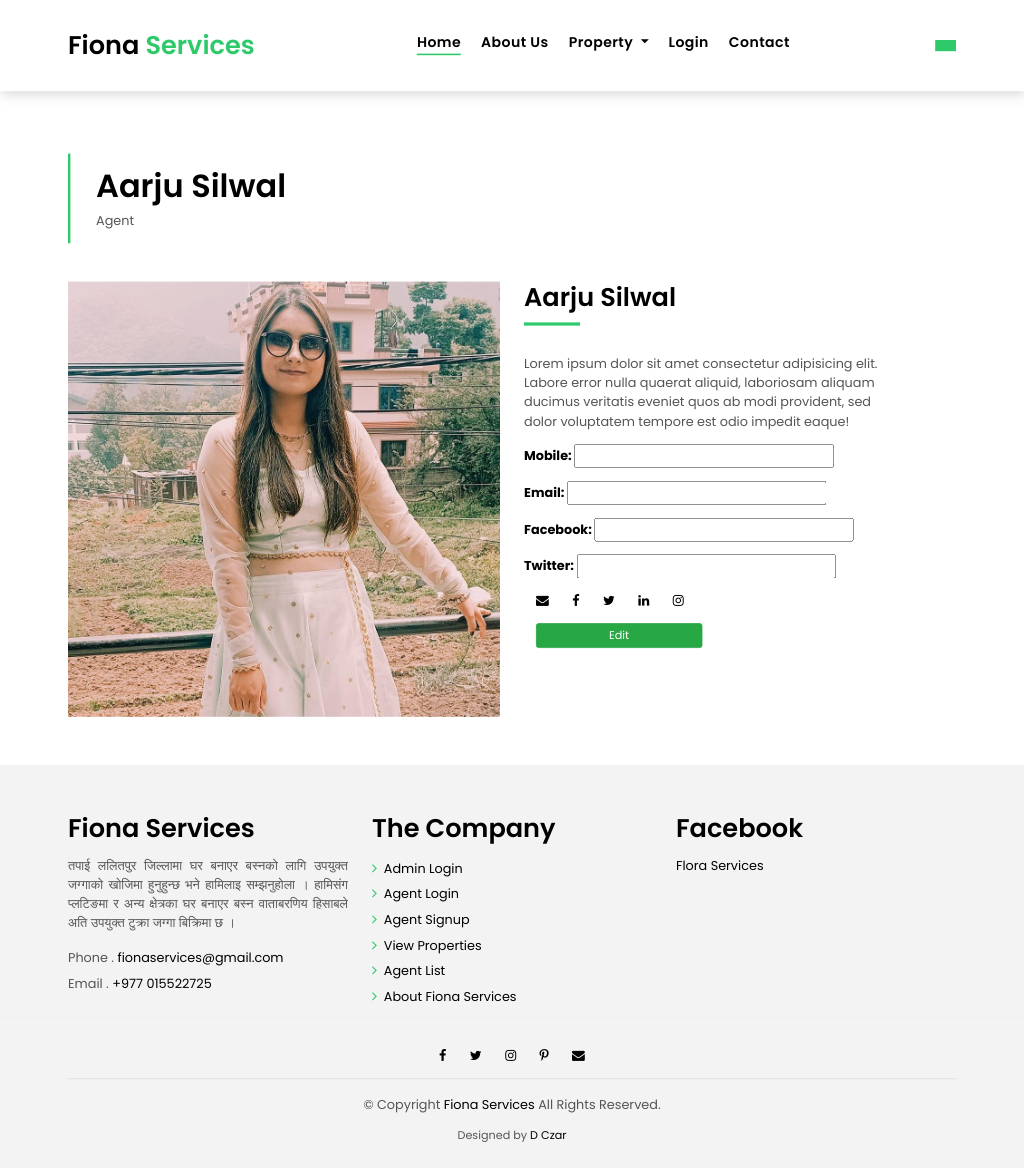
Repository: Sjuicyy/realstate
Page: profile.html
These files come from the project's save history. The page is drawn as it stood at one moment and after the next save; the edit follows.
The browser window is 1280 px wide. The pictures show the whole page, at 80% of full size.

Above is the page before, as saved 2022-10-16 14:54:49.

### profile.html
<!DOCTYPE html>
<html lang="en">

<head>
    <meta charset="utf-8">
    <title>Fiona Services</title>
    <meta content="width=device-width, initial-scale=1.0" name="viewport">
    <meta content="" name="keywords">
    <meta content="" name="description">

    <!-- Favicons -->
    <link href="img/favicon.png" rel="icon">
    <link href="img/apple-touch-icon.png" rel="apple-touch-icon">

    <!-- Google Fonts -->
    <link href="https://fonts.googleapis.com/css?family=Poppins:300,400,500,600,700" rel="stylesheet">

    <!-- Bootstrap CSS File -->
    <link href="lib/bootstrap/css/bootstrap.min.css" rel="stylesheet">

    <!-- Libraries CSS Files -->
    <link href="lib/font-awesome/css/font-awesome.min.css" rel="stylesheet">
    <link href="lib/animate/animate.min.css" rel="stylesheet">
    <link href="lib/ionicons/css/ionicons.min.css" rel="stylesheet">
    <link href="lib/owlcarousel/assets/owl.carousel.min.css" rel="stylesheet">

    <!-- Main Stylesheet File -->
    <link href="css/style.css" rel="stylesheet">

    <!-- =======================================================
    Theme Name: EstateAgency
    Theme URL: https://bootstrapmade.com/real-estate-agency-bootstrap-template/
    Author: BootstrapMade.com
    License: https://bootstrapmade.com/license/
  ======================================================= -->
</head>
<div id="fb-root"></div>
<script async defer crossorigin="anonymous" src="https://connect.facebook.net/en_US/sdk.js#xfbml=1&version=v14.0"
    nonce="0jwGYLXn"></script>

<body>
    <!-- / Form Search End /-->

    <!--/ Nav Star /-->
    <nav class="navbar navbar-default navbar-trans navbar-expand-lg fixed-top">
        <div class="container">
            <button class="navbar-toggler collapsed" type="button" data-toggle="collapse" data-target="#navbarDefault"
                aria-controls="navbarDefault" aria-expanded="false" aria-label="Toggle navigation">
            </button>
            <a class="navbar-brand text-brand" href="/index.php">Fiona<span class="color-b"> Services</span></a>
            <button type="button" class="btn btn-link nav-search navbar-toggle-box-collapse d-md-none"
                data-toggle="collapse" data-target="#navbarTogglerDemo01" aria-expanded="false" title="Agent Space">

            </button>
            <div class="navbar-collapse collapse justify-content-center" id="navbarDefault">
                <ul class="navbar-nav">
                    <li class="nav-item">
                        <a class="nav-link active" href="index.php">Home</a>
                    </li>
                    <li class="nav-item">
                        <a class="nav-link" href="about.php">About Us</a>
                    </li>
                    <li class="nav-item dropdown">
                        <a class="nav-link dropdown-toggle" href="#" id="navbarDropdown" role="button"
                            data-toggle="dropdown" aria-haspopup="true" aria-expanded="false">
                            Property
                        </a>
                        <div class="dropdown-menu" aria-labelledby="navbarDropdown">
                            <a class="dropdown-item" href="property-single.php">Property Single</a>
                            <a class="dropdown-item" href="property-grid.php">Property List</a>
                        </div>
                    </li>
                    <li class="nav-item">
                        <a class="nav-link" href="Login.php">Login</a>
                    </li>
                    <li class="nav-item">
                        <a class="nav-link" href="contact.php">Contact</a>
                    </li>
                </ul>
            </div>
            <button type="button" class="btn btn-b-n navbar-toggle-box-collapse d-none d-md-block"
                data-toggle="collapse" data-target="#navbarTogglerDemo01" aria-expanded="false" title="Agent Space">
            </button>
        </div>
    </nav>
    <!--/ Nav End /-->
    <!-- ======= Intro Single ======= -->
    <section class="intro-single">
        <div class="container">
            <div class="row">
                <div class="col-md-12 col-lg-8">
                    <div class="title-single-box">
                        <h1 class="title-single">Aarju Silwal</h1>
                        <span class="color-text-a">Agent </span>
                    </div>
                </div>

            </div>
        </div>
    </section><!-- End Intro Single -->

    <!-- ======= Agent Single ======= -->
    <!-- <section class="agent-single">
        <div class="container">
            <div class="row">
                <div class="col-sm-12">
                    <div class="row">
                        <div class="col-md-6">
                            <div class="agent-avatar-box">
                                <img src="./img/aarju miss.jpg" alt="" class="agent-avatar img-fluid">
                            </div>
                        </div>
                        <div class="col-md-5 section-md-t3">
                            <div class="agent-info-box">
                                <div class="agent-title">
                                    <div class="title-box-d">
                                        <h3 class="title-d">Aarju Silwal
                                        </h3>
                                    </div>
                                </div>
                                <div class="agent-content mb-3">
                                    <p class="content-d color-text-a">
                                        Lorem ipsum dolor sit amet consectetur adipisicing elit. Labore error
                                        nulla quaerat aliquid, laboriosam aliquam ducimus veritatis eveniet quos
                                        ab modi provident, sed dolor voluptatem tempore est odio impedit eaque!
                                    </p>
                                    <div class="info-agents color-a">
                                        <strong>Mobile: </strong>
                                        <span class="color-text-a"> +977-9867867202 </span>
                                        </p>
                                        <p>
                                            <strong>Email: </strong>
                                            <span class="color-text-a"> aarzusilwal@gmail.com</span>
                                        </p>
                                        <p>
                                            <strong>Facebook: </strong>
                                            <span class="color-text-a"> Margaret.Es</span>
                                        </p>
                                        <p>
                                            <strong>Twitter: </strong>
                                            <span class="color-text-a"> agents@example.com</span>
                                        </p>
                                    </div>
                                </div>
                                <div class="col-md-12">

                                    <div class="socials-a">
                                        <ul class="list-inline">
                                            <li class="list-inline-item">
                                                <a href="#">
                                                    <i class="fa fa-envelope" aria-hidden="true"></i>
                                                </a>
                                            </li>
                                            <li class="list-inline-item">
                                                <a href="#">
                                                    <i class="fa fa-facebook" aria-hidden="true"></i>
                                                </a>
                                            </li>
                                            <li class="list-inline-item">
                                                <a href="#">
                                                    <i class="fa fa-twitter" aria-hidden="true"></i>
                                                </a>
                                            </li>
                                            <li class="list-inline-item">
                                                <a href="#">
                                                    <i class="fa fa-linkedin" aria-hidden="true"></i>
                                                </a>
                                            </li>
                                            <li class="list-inline-item">
                                                <a href="#">
                                                    <i class="fa fa-instagram" aria-hidden="true"></i>
                                                </a>
                                            </li>
                                        </ul>
                                    </div>
                                </div>
                                <div class="col-md-12">
                                    <a href="./Add-Property.html">
                                        <div class="btn btn-sm btn-success w-50">Edit</div>
                                    </a>
                                </div>
                            </div>
                        </div>
                    </div>
                </div>

            </div>

        </div>

    </section> -->

    <!---  ===== End Agent Single ======== -->




    <!-- =======Editable Agent Section start ======== -->
    <section class="agent-single">
        <div class="container">
            <div class="row">
                <div class="col-sm-12">
                    <div class="row">
                        <div class="col-md-6">
                            <div class="agent-avatar-box">
                                <img src="./img/aarju miss.jpg" alt="" class="agent-avatar img-fluid">
                            </div>
                        </div>
                        <div class="col-md-5 section-md-t3">
                            <div class="agent-info-box">
                                <div class="agent-title">
                                    <div class="title-box-d">
                                        <h3 class="title-d">Aarju Silwal
                                        </h3>
                                    </div>
                                </div>
                                <div class="agent-content mb-3">
                                    <p class="content-d color-text-a">
                                        Lorem ipsum dolor sit amet consectetur adipisicing elit. Labore error
                                        nulla quaerat aliquid, laboriosam aliquam ducimus veritatis eveniet quos
                                        ab modi provident, sed dolor voluptatem tempore est odio impedit eaque!
                                    </p>
                                    <div class="info-agents color-a">
                                        <strong>Mobile: </strong>
                                            <input  type="text">
                                        </p>
                                        <p>
                                            <strong>Email: </strong>
                                            <input  type="text">
                                        </p>
                                        <p>
                                            <strong>Facebook: </strong>
                                            <input class=" form form-contro" type="text">                                        </p>
                                        <p>
                                            <strong>Twitter: </strong>
                                            <input class=" form form-contro" type="text">                                        </p>
                                    </div>
                                </div>
                                <div class="col-md-12">

                                    <div class="socials-a">
                                        <ul class="list-inline">
                                            <li class="list-inline-item">
                                                <a href="#">
                                                    <i class="fa fa-envelope" aria-hidden="true"></i>
                                                </a>
                                            </li>
                                            <li class="list-inline-item">
                                                <a href="#">
                                                    <i class="fa fa-facebook" aria-hidden="true"></i>
                                                </a>
                                            </li>
                                            <li class="list-inline-item">
                                                <a href="#">
                                                    <i class="fa fa-twitter" aria-hidden="true"></i>
                                                </a>
                                            </li>
                                            <li class="list-inline-item">
                                                <a href="#">
                                                    <i class="fa fa-linkedin" aria-hidden="true"></i>
                                                </a>
                                            </li>
                                            <li class="list-inline-item">
                                                <a href="#">
                                                    <i class="fa fa-instagram" aria-hidden="true"></i>
                                                </a>
                                            </li>
                                        </ul>
                                    </div>
                                </div>
                                <div class="col-md-12">
                                    <a href="./Add-Property.html">
                                        <div class="btn btn-sm btn-success w-50">Edit</div>
                                    </a>
                                </div>
                            </div>
                        </div>
                    </div>
                </div>

            </div>

        </div>

    </section>
    <!-- =======Editable Agent Section end ======== -->

    <!--/ footer 1 Star /-->
    <section class="section-footer">
        <div class="container">
            <div class="row">
                <div class="col-sm-12 col-md-4">
                    <div class="widget-a">
                        <div class="w-header-a">
                            <h3 class="w-title-a text-brand">Fiona Services</h3>
                        </div>
                        <div class="w-body-a">
                            <p class="w-text-a color-text-a" align="justify">
                                तपाई ललितपुर जिल्लामा घर बनाएर बस्नको लागि उपयुक्त जग्गाको खोजिमा
                                हुनुहुन्छ भने
                                हामिलाइ सम्झनुहोला ।
                                हामिसंग प्लटिङमा र अन्य क्षेत्रका घर बनाएर बस्न वाताबरणिय हिसाबले अति
                                उपयुक्त
                                टुक्रा जग्गा बिक्रिमा छ
                                ।
                            </p>
                        </div>
                        <div class="w-footer-a">
                            <ul class="list-unstyled">
                                <li class="color-a">
                                    <span class="color-text-a">Phone .</span> fionaservices@gmail.com
                                </li>
                                <li class="color-a">
                                    <span class="color-text-a">Email .</span> +977 015522725
                                </li>
                            </ul>
                        </div>
                    </div>
                </div>
                <div class="col-sm-12 col-md-4 section-md-t3">
                    <div class="widget-a">
                        <div class="w-header-a">
                            <h3 class="w-title-a text-brand">The Company</h3>
                        </div>
                        <div class="w-body-a">
                            <div class="w-body-a">
                                <ul class="list-unstyled">
                                    <li class="item-list-a">
                                        <i class="fa fa-angle-right"></i> <a href="#">Admin Login</a>
                                    </li>
                                    <li class="item-list-a">
                                        <i class="fa fa-angle-right"></i> <a href="#">Agent Login</a>
                                    </li>
                                    <li class="item-list-a">
                                        <i class="fa fa-angle-right"></i> <a href="#">Agent Signup</a>
                                    </li>
                                    <li class="item-list-a">
                                        <i class="fa fa-angle-right"></i> <a href="#">View
                                            Properties</a>
                                    </li>
                                    <li class="item-list-a">
                                        <i class="fa fa-angle-right"></i> <a href="#">Agent List</a>
                                    </li>
                                    <li class="item-list-a">
                                        <i class="fa fa-angle-right"></i> <a href="#">About Fiona
                                            Services</a>
                                    </li>
                                </ul>
                            </div>
                        </div>
                    </div>
                </div>
                <div class="col-sm-12 col-md-4 section-md-t3">
                    <div class="widget-a">
                        <div class="w-header-a">
                            <h3 class="w-title-a text-brand">Facebook</h3>
                        </div>
                        <div class="w-body-a">
                            <div class="fb-page" data-href="https://www.facebook.com/floraservices2070"
                                data-tabs="timeline" data-width="" data-height="110" data-small-header="false"
                                data-adapt-container-width="true" data-hide-cover="false" data-show-facepile="false">
                                <blockquote cite="https://www.facebook.com/floraservices2070"
                                    class="fb-xfbml-parse-ignore"><a
                                        href="https://www.facebook.com/floraservices2070">Flora
                                        Services</a>
                                </blockquote>
                            </div>
                        </div>
                    </div>
                </div>
            </div>
        </div>
    </section>

    <!--/ Footer 2 End /-->


    <!-- footer 2 start -->

    <footer>
        <div class="container">
            <div class="row">
                <div class="col-md-12">

                    <div class="socials-a">
                        <ul class="list-inline">
                            <li class="list-inline-item">
                                <a href="#">
                                    <i class="fa fa-facebook" aria-hidden="true"></i>
                                </a>
                            </li>
                            <li class="list-inline-item">
                                <a href="#">
                                    <i class="fa fa-twitter" aria-hidden="true"></i>
                                </a>
                            </li>
                            <li class="list-inline-item">
                                <a href="#">
                                    <i class="fa fa-instagram" aria-hidden="true"></i>
                                </a>
                            </li>
                            <li class="list-inline-item">
                                <a href="#">
                                    <i class="fa fa-pinterest-p" aria-hidden="true"></i>
                                </a>
                            </li>
                            <li class="list-inline-item">
                                <a href="#">
                                    <i class="fa fa-envelope" aria-hidden="true"></i>
                                </a>
                            </li>
                        </ul>
                    </div>
                    <div class="copyright-footer">
                        <p class="copyright color-text-a">
                            &copy; Copyright
                            <span class="color-a">Fiona Services</span> All Rights Reserved.
                        </p>
                    </div>
                    <div class="credits">

                        Designed by <a href="https://pritambajagain.com.np/">D Czar</a>
                    </div>
                </div>
            </div>
        </div>
    </footer>
    <!--/ Footer 2 End /-->

    <a href="#" class="back-to-top"><i class="fa fa-chevron-up"></i></a>
    <div id="preloader"></div>

    <!-- JavaScript Libraries -->
    <script>
        function readURL(input) {
            if (input.files && input.files[0]) {
                var reader = new FileReader();

                reader.onload = function (e) {
                    $('#blah')
                        .attr('src', e.target.result);
                };

                reader.readAsDataURL(input.files[0]);
            }
        }
    </script>
    <script src="lib/jquery/jquery.min.js"></script>
    <script src="lib/jquery/jquery-migrate.min.js"></script>
    <script src="lib/popper/popper.min.js"></script>
    <script src="lib/bootstrap/js/bootstrap.min.js"></script>
    <script src="lib/easing/easing.min.js"></script>
    <script src="lib/owlcarousel/owl.carousel.min.js"></script>
    <script src="lib/scrollreveal/scrollreveal.min.js"></script>
    <!-- Contact Form JavaScript File -->
    <script src="contactform/contactform.js"></script>

    <!-- Template Main Javascript File -->
    <script src="js/main.js"></script>

</body>

</html>

Loaded but not shown: lib/bootstrap/css/bootstrap.min.css (library); lib/font-awesome/css/font-awesome.min.css (library); lib/animate/animate.min.css (library); lib/ionicons/css/ionicons.min.css (library); lib/owlcarousel/assets/owl.carousel.min.css (library); lib/jquery/jquery.min.js (library); lib/jquery/jquery-migrate.min.js (library); lib/popper/popper.min.js (library); lib/bootstrap/js/bootstrap.min.js (library); lib/easing/easing.min.js (common file); lib/owlcarousel/owl.carousel.min.js (library); lib/scrollreveal/scrollreveal.min.js (library); js/main.js (150 lines, source omitted); contactform/contactform.js (118 lines, source omitted); css/style.css (2025 lines, source omitted)

After the next save:
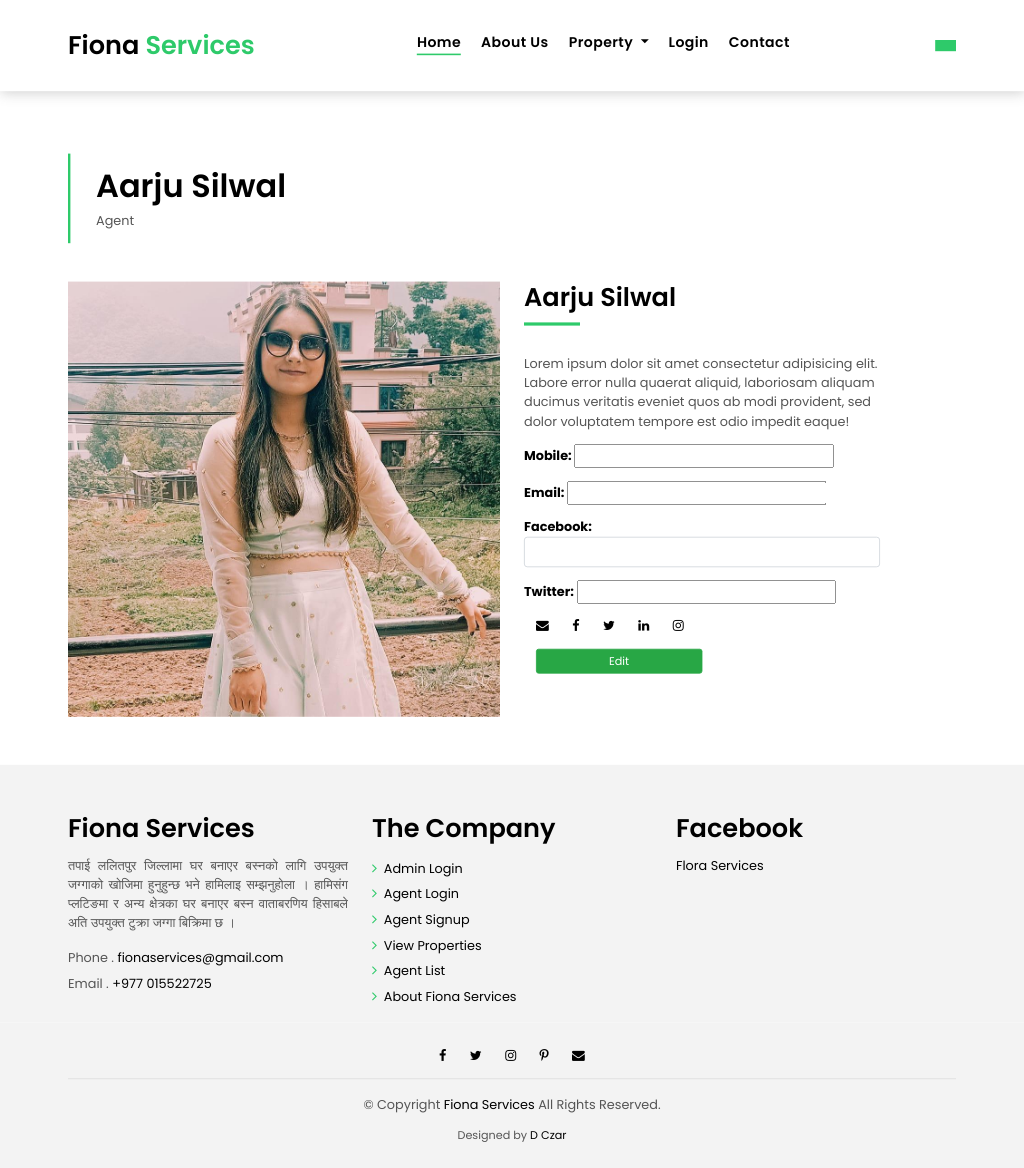
Saved 42 s later.
--- a/profile.html
+++ b/profile.html
@@ -230,7 +230,7 @@
                                         </p>
                                         <p>
                                             <strong>Facebook: </strong>
-                                            <input class=" form form-contro" type="text">                                        </p>
+                                            <input class=" form form-control" type="text">                                        </p>
                                         <p>
                                             <strong>Twitter: </strong>
                                             <input class=" form form-contro" type="text">                                        </p>
